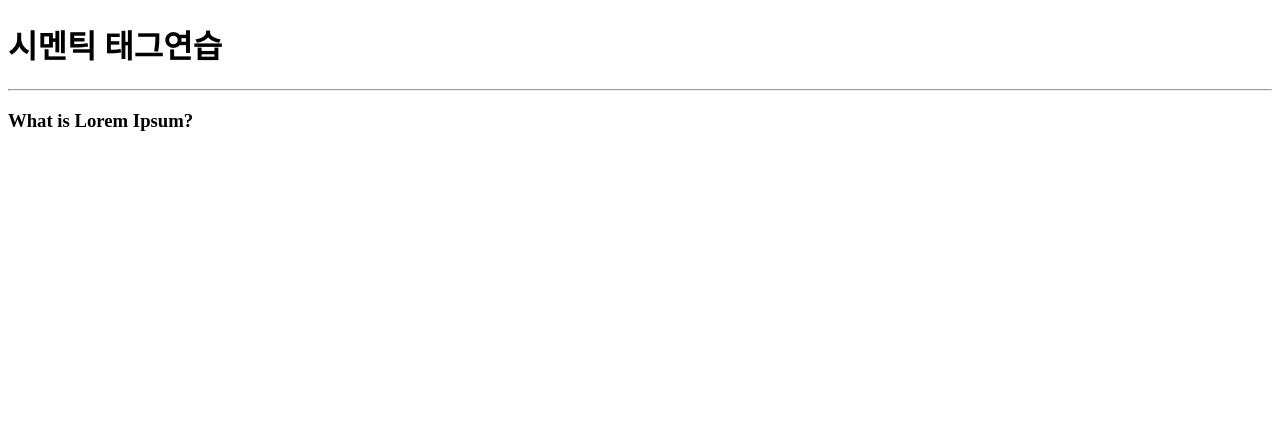
Repository: blinggg/html_git
Page: 0406/ex0406/WebContent/ex06.html
An editor plug-in stored every save of this project. The page is shown before and after the next save, followed by the edit.
The browser window is 1280 px wide. The pictures show the whole page.

Above is the page before, as saved 2020-04-06 07:07:38.

After the next save:
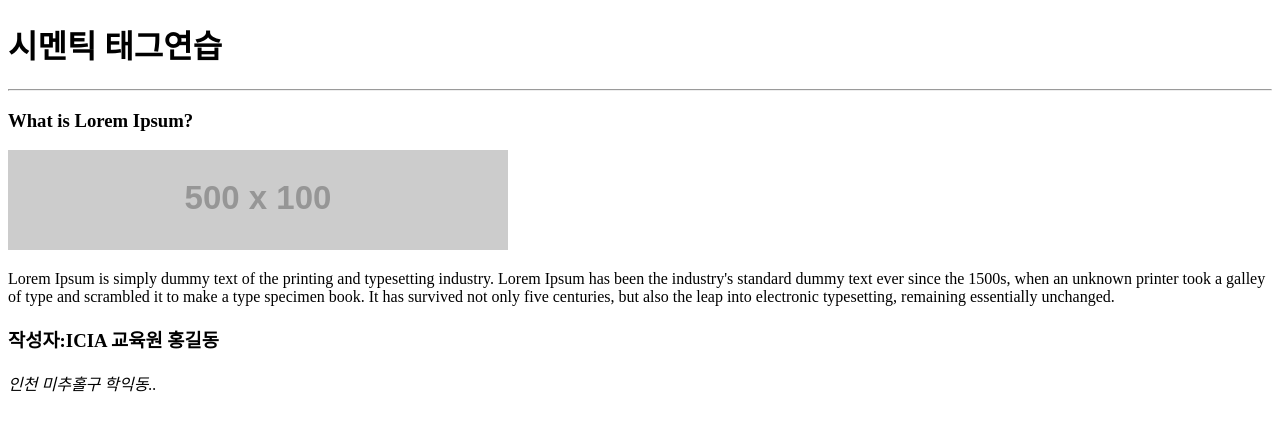
Saved 2 min 26 s later.
--- a/0406/ex0406/WebContent/ex06.html
+++ b/0406/ex0406/WebContent/ex06.html
@@ -15,16 +15,12 @@
 
 
 	<section>
-		<article>
+		<article id="a1">
 		<h3>What is Lorem Ipsum?</h3>
-		<img src="placehold.it>
-		<p>Lorem Ipsum is simply dummy text of the printing and typesetting industry. Lorem Ipsum has been the industry's standard dummy text ever since the 1500s, when an unknown printer took a galley of type and scrambled it to make a type specimen book. It has survived not only five centuries, but also the leap into electronic typesetting, remaining essentially unchanged.
+		<img src="http://placehold.it/500x100">
+		<p>
+		Lorem Ipsum is simply dummy text of the printing and typesetting industry. Lorem Ipsum has been the industry's standard dummy text ever since the 1500s, when an unknown printer took a galley of type and scrambled it to make a type specimen book. It has survived not only five centuries, but also the leap into electronic typesetting, remaining essentially unchanged.
 		</p>
-		</article>
-		<articel>
-		<3> what
-
-
 		</article>
 	</section>
 
